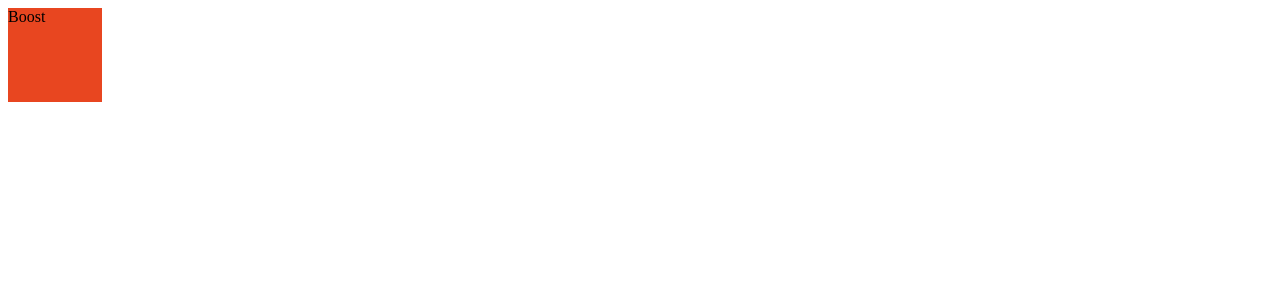
Repository: LiamB123/KeyFrames
Page: challenges/CSS1.html
The author's editor kept a record of every edit. The page is drawn from the files as they stood at one moment, then again after the next edit.
The browser window is 1280 px wide. The pictures show the whole page.
The pointer rests on the first visible `.box`.

Above is the page before.

### challenges/CSS1.html
<!DOCTYPE html>
<html lang="en">
<head>
    <meta charset="UTF-8">
    <meta name="viewport" content="width=device-width, initial-scale=1.0">
    <meta http-equiv="X-UA-Compatible" content="ie=edge">
    <link rel="stylesheet" href="CSS1.css" type="text/css" />
    <title>Document</title>
</head>
<body>

<div class="box">Boost</div>

</body>
</html>

### challenges/CSS1.css
.box
    { height: 100px;
    width:100px;
    background-color: #e84620;
    transform: 100px,100px;


    }
    .box:hover{
         animation-name: grow;
    animation-duration:2s;
    animation-iteration-count: 1;
    animation-timing-function: ease-in-out

    }

@keyframes grow {

    from { height: 50px ;
        width:50px;
    }

    to {height: 100px ;
        width: 100px;
    }
}

After the next edit:
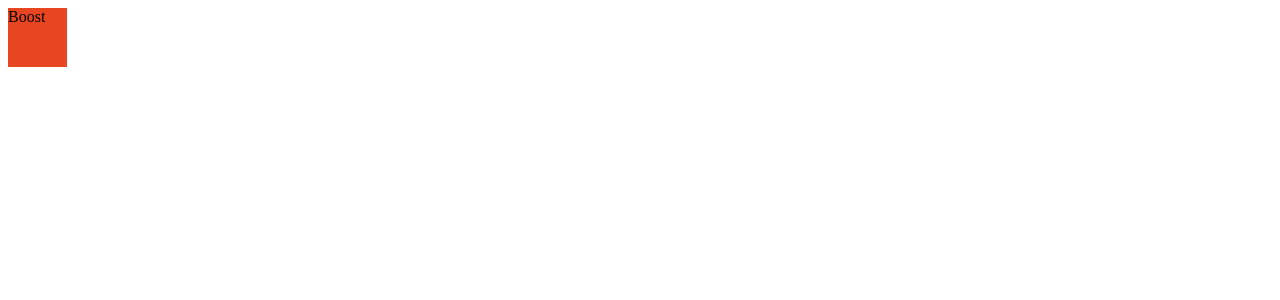
The edit:
--- a/challenges/CSS1.css
+++ b/challenges/CSS1.css
@@ -8,7 +8,7 @@
     }
     .box:hover{
          animation-name: grow;
-    animation-duration:2s;
+    animation-duration:5s;
     animation-iteration-count: 1;
     animation-timing-function: ease-in-out
 
